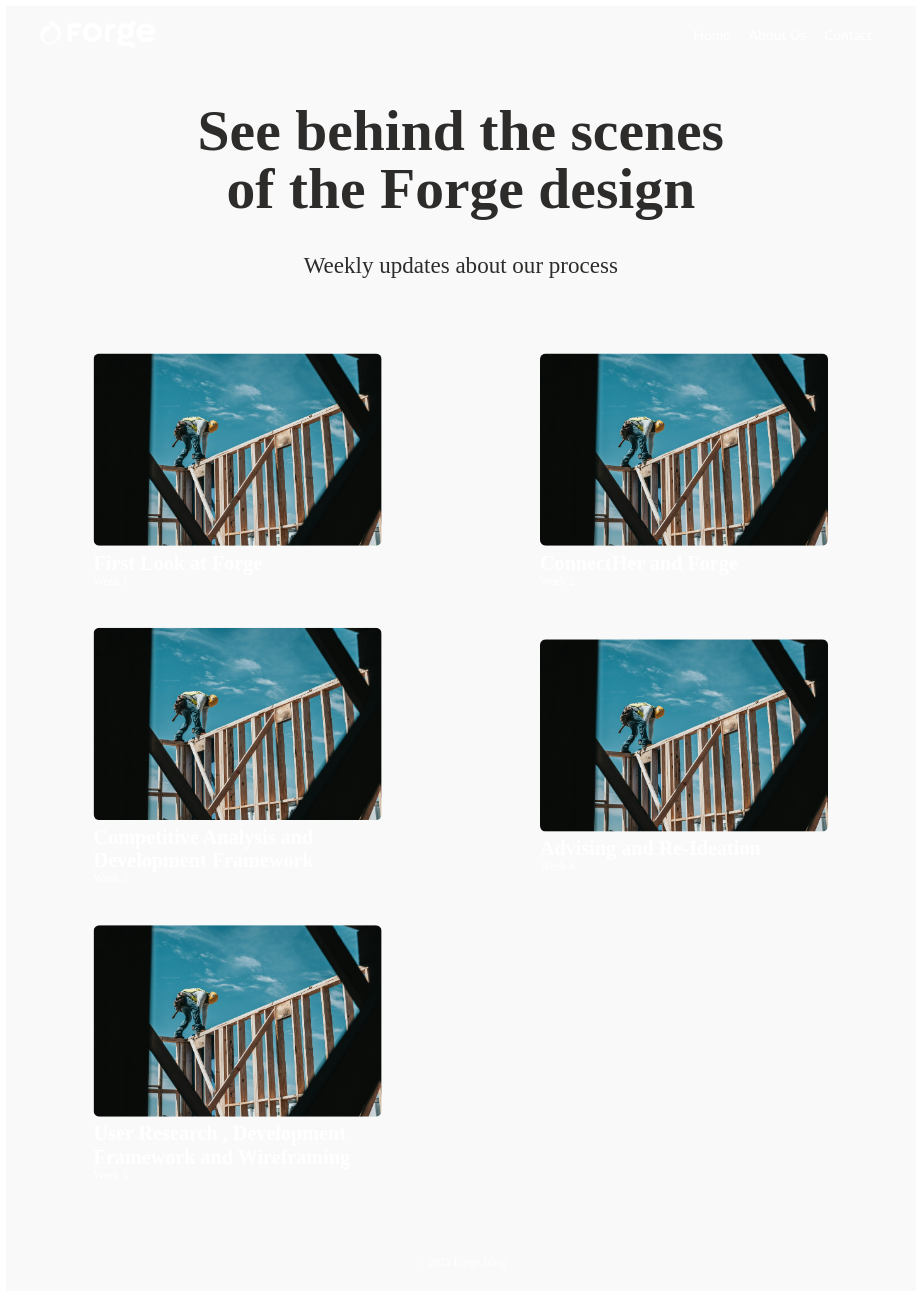
Repository: Forge-IDSP/Blog
Page: /
These files come from the project's save history. The page is drawn as it stood at one moment and after a run of saves; the edit follows.
The browser window is 1280 px wide. The pictures show the whole page, at 72% of full size.
The project was rebuilt for these pictures with package versions that can differ from the ones it lists, and the page was loaded fresh each time. Also part of the build but not shown: vite.config.js, src/index.css, src/pages/blogpost.module.css, src/pages/week1.jsx, src/pages/week2.jsx, src/pages/week3.jsx, src/pages/week4.jsx, src/pages/week5.jsx and 4 more.

Above is the page before, as saved 2025-10-27 12:57:42.

### index.html
<!DOCTYPE html>
<html lang="en">
    <head>
        <meta charset="UTF-8" />
        <link
            rel="icon"
            type="image/svg+xml"
            href="/vite.svg" />
        <meta
            name="viewport"
            content="width=device-width, initial-scale=1.0" />
        <title>Forge Blog</title>
    </head>
    <body>
        <div id="root"></div>
        <script
            type="module"
            src="/src/main.jsx"></script>
    </body>
</html>

### src/App.jsx
import { BrowserRouter as Router, Routes, Route } from "react-router-dom";
import Home from "./pages/home.jsx";
import Week1 from "./pages/week1.jsx";
import Week2 from "./pages/week2.jsx";
import Week3 from "./pages/week3.jsx";
import Week4 from "./pages/week4.jsx";
import Week5 from "./pages/week5.jsx";
import AboutUs from "./pages/aboutUs.jsx";
import ContactUs from "./pages/contactUs.jsx";

export default function App() {
    return (
        <Router>
            <Routes>
                <Route
                    path='/'
                    element={<Home />}
                />
                <Route
                    path='/week1'
                    element={<Week1 />}
                />
                <Route
                    path='/week2'
                    element={<Week2 />}
                />
                <Route
                    path='/week3'
                    element={<Week3 />}
                />
                <Route
                    path='/week4'
                    element={<Week4 />}
                />
                <Route
                    path='/week5'
                    element={<Week5 />}
                />
                <Route
                    path='/aboutUs'
                    element={<AboutUs />}
                />
                <Route
                    path='/contactUs'
                    element={<ContactUs />}
                />
            </Routes>
        </Router>
    );
}

### src/pages/home.jsx
import Header from "../ui/header/header.jsx";
import Card from "../ui/card/card.jsx";
import Footer from "../ui/footer/footer.jsx";
import cardcontent from "../data/cardcontent.json";

export default function Home() {
    return (
        <div className='page'>
            <Header />
            <h1 className='title'>
                See behind the scenes
                <br /> of the Forge design
            </h1>
            <p className='subtitle'>Weekly updates about our process</p>

            <div className='post_container'>
                {cardcontent.map((item) => (
                    <Card
                        key={item.id}
                        title={item.title}
                        image={item.image}
                        text={item.text}
                        link={item.link}
                    />
                ))}
            </div>

            <Footer />
        </div>
    );
}

### src/ui/header/header.jsx
import style from "./header.module.css";
import { Link } from "react-router-dom";

function Header() {
    return (
        <div className={style.header}>
            <img
                src='/forge-logo.svg'
                alt='Forge Logo'
                className={style.logo}></img>
            <nav className={style.menu}>
                <a
                    className={style.menu_item}
                    href='/'>
                    Home
                </a>
                <Link
                    className={style.menu_item}
                    to='/AboutUs'>
                    About Us
                </Link>

                <Link
                    to='/ContactUs'
                    className={style.menu_item}>
                    Contact
                </Link>
            </nav>
        </div>
    );
}

export default Header;

### src/ui/card/card.jsx
import { Link } from "react-router-dom";
import styles from "./card.module.css";

export default function Card({ title, image, text, link }) {
    return (
        <Link
            to={link}
            className={styles.card}>
            <img
                className={styles.card_image}
                src={image}
                alt={title}
            />
            <h2 className={styles.card_title}>{title}</h2>
            <p className={styles.card_week}>{text}</p>
        </Link>
    );
}

### src/ui/footer/footer.jsx
import styles from "./footer.module.css";

function Footer() {
    const currentYear = new Date().getFullYear();

    return (
        <footer className={styles.footer}>
            <p className={styles.footer__text}>© {currentYear} Forge Blog</p>
        </footer>
    );
}

export default Footer;

### src/data/cardcontent.json
[
    {
        "id": "week1",
        "title": "First Look at Forge",
        "image": "/blog-image1.jpg",
        "text": "Week 1",
        "link": "/week1"
    },
    {
        "id": "week2",
        "title": "ConnectHer and Forge",
        "image": "/blog-image1.jpg",
        "text": "Week 2",
        "link": "/week2"
    },
    {
        "id": "week3",
        "title": "Competitive Analysis and Development Framework",
        "image": "/blog-image1.jpg",
        "text": "Week 3",
        "link": "/week3"
    },
    {
        "id": "week4",
        "title": "Advising and Re-Ideation ",
        "image": "/blog-image1.jpg",
        "text": "Week 4",
        "link": "/week4"
    },
    {
        "id": "week5",
        "title": "User Research , Development Framework and Wireframing ",
        "image": "/blog-image1.jpg",
        "text": "Week 5",
        "link": "/week5"
    }
]

### src/App.css
#root {
    /* ----- COLORS ----- */
    --primary-50: #fff1e6;
    --primary-100: #ffd4b0;
    --primary-200: #ffbf8a;
    --primary-300: #ffa155;
    --primary-400: #ff8f34;
    --primary-500: #ff7301;
    --primary-600: #e86901;
    --primary-700: #b55201;
    --primary-800: #8c3f01;
    --primary-900: #6b3000;

    --secondary-50: #eefae6;
    --secondary-100: #cbefb1;
    --secondary-200: #b2e88b;
    --secondary-300: #8fdd55;
    --secondary-400: #79d635;
    --secondary-500: #58cc02;
    --secondary-600: #50ba02;
    --secondary-700: #3e9101;
    --secondary-800: #307001;
    --secondary-900: #255601;

    /* -- neutral colors -- */

    --offwhite-500: #f9f9f9;
    --white: #ffffff;
    --black-50: #eaeaea;
    --black-100: #bebebd;
    --black-200: #9e9e9d;
    --black-300: #727271;
    --black-400: #575655;
    --black-500: #2d2c2b;
}

.page {
    margin: 0 auto;
    padding: 1rem;
    text-align: center;
    height: 100%;
    margin: 0;
    padding: 0;
    background-color: var(--offwhite-500);
    display: flex;
    flex-direction: column;
}

.title {
    font-size: 5rem;
    color: var(--black-500);
    line-height: 5rem;
    margin-bottom: 1rem;
}

.subtitle {
    font-size: 2rem;
    color: var(--black-500);
}

.post_container {
    display: grid;
    grid-template-columns: repeat(3, 1fr);
    gap: 2rem;
    background-color: var(--dark-grey);
    padding: 3rem;
    border-radius: 16px;
    align-items: center;
    justify-content: center;
    justify-items: center;
    margin-bottom: 2rem;
    margin-top: 2rem;
}

/* Tablet: 2 columns */
@media (max-width: 1300px) {
    .post_container {
        grid-template-columns: repeat(2, 1fr);
        padding: 1.5rem;
        gap: 1.5rem;
    }
}

/* Mobile: 1 column */
@media (max-width: 600px) {
    .post_container {
        grid-template-columns: 1fr;
        padding: 1rem;
        gap: 1rem;
    }
}

### src/ui/header/header.module.css
.header {
    background-color: var(--dark-grey);
    display: flex;
    justify-content: space-between;
    align-items: center;
    padding: 1rem 3rem;
    border-radius: 16px;
}

.logo {
    width: 10rem;
}

.menu {
    display: flex;
    gap: rem;
}

.menu_item {
    font-size: 1.2rem;
    text-decoration: none;
    color: var(--white);
    font-family: "Trebuchet MS", "Lucida Sans Unicode", "Lucida Grande",
        "Lucida Sans", Arial, sans-serif;
    padding: 0.8rem;
}

.menu_item:hover {
    background-color: var(--color-primary-dark);
    padding: 0.8rem;
    border-radius: 8px;
}

### src/ui/card/card.module.css
.card {
    background-color: var(--grey);
    padding: 1rem;
    border-radius: 16px;
    display: flex;
    flex-direction: column;
    align-items: start;
    width: 400px;
    text-decoration: none;
}

.card:hover {
    transform: scale(1.03);
    background-color: var(--color-primary-dark);
}

.card_image {
    width: 400px;
    height: auto;
    border-radius: 8px;
    margin-bottom: 8px;
}

.card_title {
    font-size: 28px;
    text-align: start;
    margin: 0;
    color: var(--white);
}

a:visited .card_title {
    color: var(--white);
}

.card_week {
    font-size: 16px;
    margin: 0;
    color: var(--white);
}

### src/ui/footer/footer.module.css
.footer {
    width: 100%;
    height: 5em;
    display: flex;
    justify-content: center;
    align-items: center;
    background-color: var(--dark-grey);
    margin-top: auto;
    border-radius: 16px;
}

.footer__text {
    color: var(--white);
    font-size: 16px;
    text-align: center;
    margin: 0;
}

Loaded but not shown: src/main.jsx (common file)

After the next 2 saves:
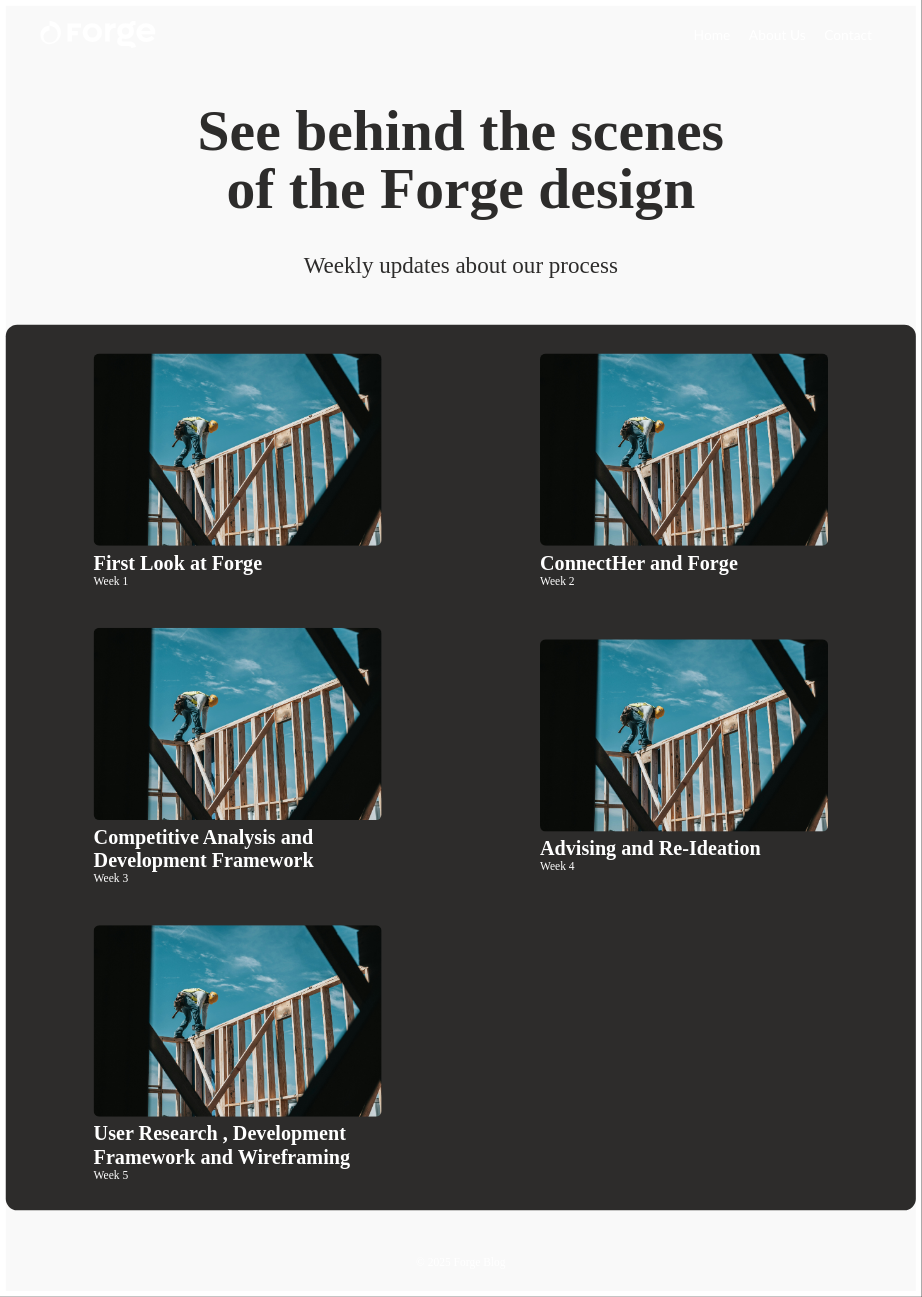
The 2 saves are shown as one change because they came seconds apart.
The last was saved 23 s later.
--- a/src/App.css
+++ b/src/App.css
@@ -62,7 +62,7 @@
     display: grid;
     grid-template-columns: repeat(3, 1fr);
     gap: 2rem;
-    background-color: var(--dark-grey);
+    background-color: var(--black-500);
     padding: 3rem;
     border-radius: 16px;
     align-items: center;
